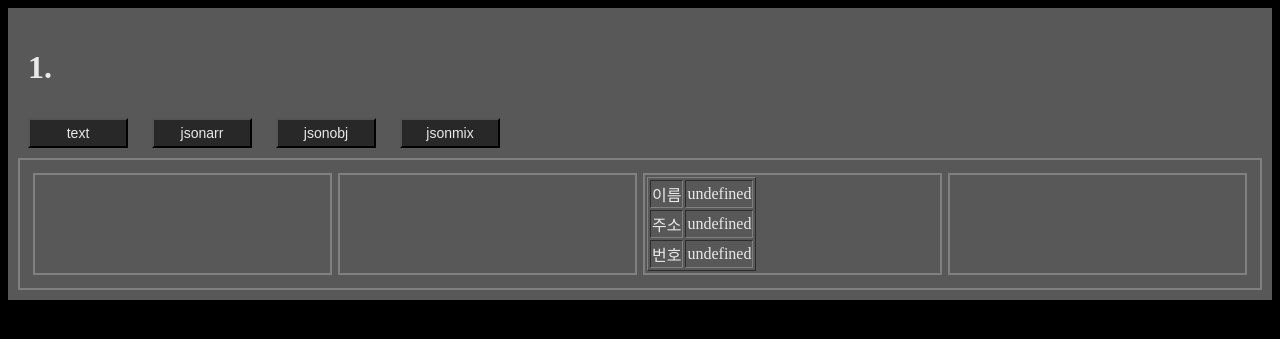
Repository: prawniel99/05_JQuery
Page: workspace/jqpro/WebContent/비동기3_XMLRequest/dataType.html
The author's editor kept a copy of each file at every save. The page is drawn from the files as they stood at one save, then again after the next save.
The browser window is 1280 px wide. The pictures show the whole page.
After loading, the first visible `#jobj` was clicked once.

Above is the page before, as saved 2024-08-22 02:57:31.

### workspace/jqpro/WebContent/비동기3_XMLRequest/dataType.html
<!DOCTYPE html>
<html lang="kr">
<head>
    <meta charset="UTF-8">
    <meta name="viewport" content="width=device-width, initial-scale=1.0">
    <title>JSON</title>

    <link rel="stylesheet" href="../css/public.css">
    <script src="../js/jquery-3.7.1.js"></script>

    <style>
        #res {
        	display: flex;
        	flex-direction: row;
        }

        .item {
            flex: 25%;
            margin: 3px;
            padding: 2px;
        }
    </style>

    <script>

        const xhr = new XMLHttpRequest();
        console.log(xhr);

        $(()=>{

            $('#text').on('click', function(){

                // 요청
                xhr.open('get', 'text.jsp', true);
                xhr.send();

                // 응답
                xhr.onload = function(){
                    if(xhr.readyState == 4 && xhr.status == 200){
                        res = xhr.responseText; // json형식의 text문자열
                        // res = 홍길동/개나리/진달래/무궁화/수선화/라일락

                        // 배열로 만들기. 가져온 res 직렬 텍스트를 / 기준으로 잘라서
                        arr = res.split("/");

                        // 출력 형식 만들기
                        code = "<ul>";
                        for(item of arr){
                        	code += "<li>"+item+"</li>";
                        }
                        code += "</ul>";

                        // 출력
                        $('#result1').html(code);
                    }
                }
            }) // #text click 끝



            $('#jarr').on('click', function(){
            	xhr.open('get', 'jarr.jsp', true);
                xhr.send();

                xhr.onload = function(){
                    if(xhr.readyState == 4 && xhr.status == 200){
                    	res = this.responseText;
                        // res = ["홍길동", "개나리", "진달래", "수선화", "백장미", "코스모스"] // 이거랑 같은거

                        jres = JSON.parse(res); // 텍스트 기반의 json 배열 데이터를 script 객체로 변환한다 = 역직렬화. 직렬화는 stringify, gson은 toJSON from JSON.
                        code = "<ol>";
                        // for(a of jres){
                        //     code += `<li>${a}</li>`;
                        // }
                        $.each(jres, function(i, v){
                        	code += "<li>"+jres[i]+"</li>";
                        })
                        code += "</ol>";

                        $('#result2').html(code);

                    }
                }
            }) // #jarr click 끝



            $('#jobj').on('click', function(){
            	xhr.open('get', 'jobj.jsp', true);
                xhr.send();

                xhr.onload = function(){
                    if(xhr.readyState == 4 && xhr.status == 200){ // 위에 function() 으로 하고, ()=> 화살표로 안하면, xhr.ready 말고 this.ready 할 수 있음. 왜..
                    	res = this.responseText;

                        // 출력모양
                        code = "<table border='1'>";
                        code += "<tr><td>이름</td>";
                        code += "<td>"+res.name+"</td></tr>";

                        code += "<tr><td>주소</td>";
                        code += "<td>"+res.addr+"</td></tr>";

                        code += "<tr><td>번호</td>";
                        code += "<td>"+res.tel+"</td></tr>";
                        code += "</table>"



                        $('#result3').html(code);
                    }
                }
            }) // #jobj click 끝





        })
    </script>

</head>

<body>

    <div class="box">
        <h1>
        	1.
        </h1>

        <input type="button" value="text" id="text" title="id">
        <input type="button" value="jsonarr" id="jarr" title="jarr">
        <input type="button" value="jsonobj" id="jobj" title="jobj">
        <input type="button" value="jsonmix" id="jmix" title="jmix">

        <br>

		<div id="res">
	        <div class="item" id="result1"></div>
	        <div class="item" id="result2"></div>
	        <div class="item" id="result3"></div>
	        <div class="item" id="result4"></div>
		</div>
    </div>

</body>

</html>

### workspace/jqpro/WebContent/css/public.css
@charset "UTF-8";

body {
	background-color: black;
	color: rgb(233, 233, 233);
}

pre {
	text-align: left;
	font-weight: bold;
	border-left: none;
	border-right: none;
	border-top: 11px double rgba(120,20,20,1);
	border-bottom: 11px double rgba(120,20,20,1);
	background: rgb(222,222,222);
}

h1 {
	padding-left: 10px;
	padding-top: 10px;
}

h3 {
	margin: 10px;
	margin-bottom: 10px;
}

div {
	border: 2px solid grey;
	padding: 10px;
	/* margin: 10px; */
}

.box {
	border: none;
	/* background-image: linear-gradient(rgba(255,155,155), rgba(155,255,155)); */
	background-color: rgb(88, 88, 88);
	/* margin: 10px; */
	/* padding: 20px; */
}

.box input[type=button] {
	margin: 10px;
	background: rgb(40,40,40);
	color: rgb(233, 233, 233);
	font-size: 14px;
	/* padding: 0; */
	width: 100px;
	height: 30px;
	/* border-radius: 10px; */
}


#res {
	display: flex;
	flex-direction: row;
}

.item {
	flex: 25%;
	margin: 3px;
	padding: 2px;
}

Loaded but not shown: workspace/jqpro/WebContent/js/jquery-3.7.1.js (library)

After the next save:
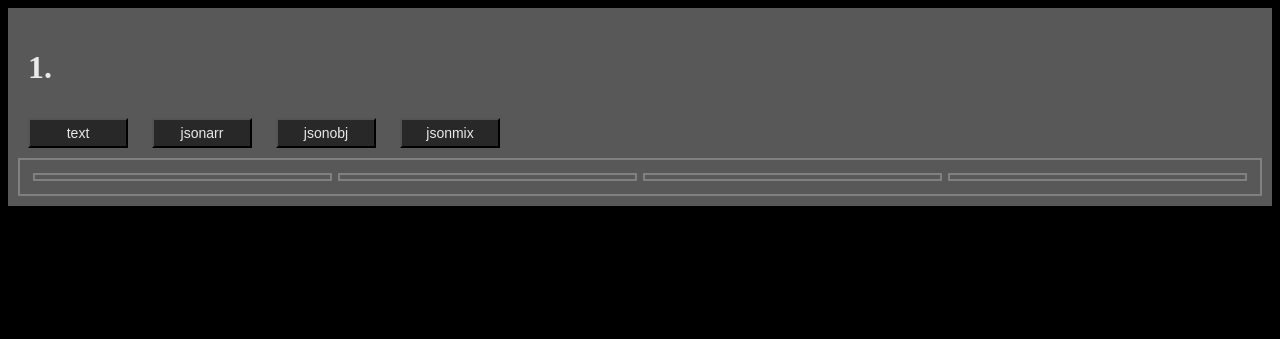
Saved 43 s later.
--- a/workspace/jqpro/WebContent/비동기3_XMLRequest/dataType.html
+++ b/workspace/jqpro/WebContent/비동기3_XMLRequest/dataType.html
@@ -107,7 +107,7 @@
 
 
 
-                        $('#result3').html(code);
+                        $('#result3').html(res.name);
                     }
                 }
             }) // #jobj click 끝

After the save that followed:
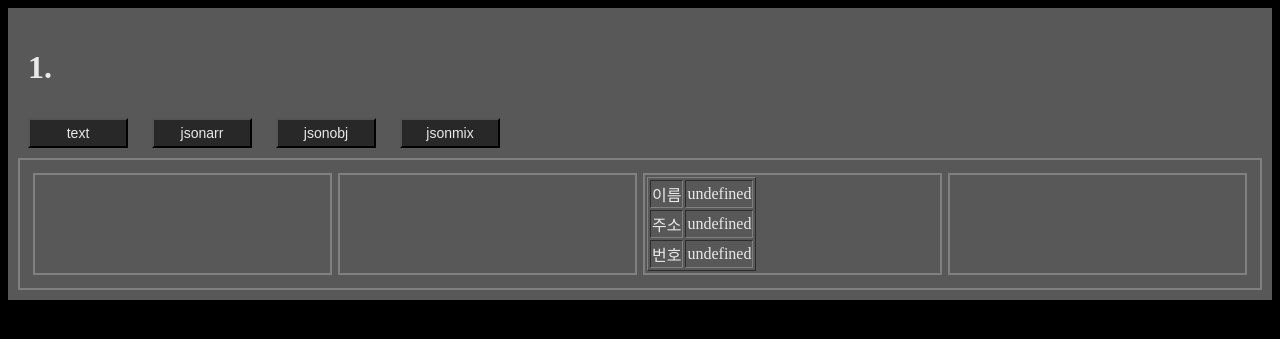
Saved 8 s later.
--- a/workspace/jqpro/WebContent/비동기3_XMLRequest/dataType.html
+++ b/workspace/jqpro/WebContent/비동기3_XMLRequest/dataType.html
@@ -107,7 +107,7 @@
 
 
 
-                        $('#result3').html(res.name);
+                        $('#result3').html(code);
                     }
                 }
             }) // #jobj click 끝
